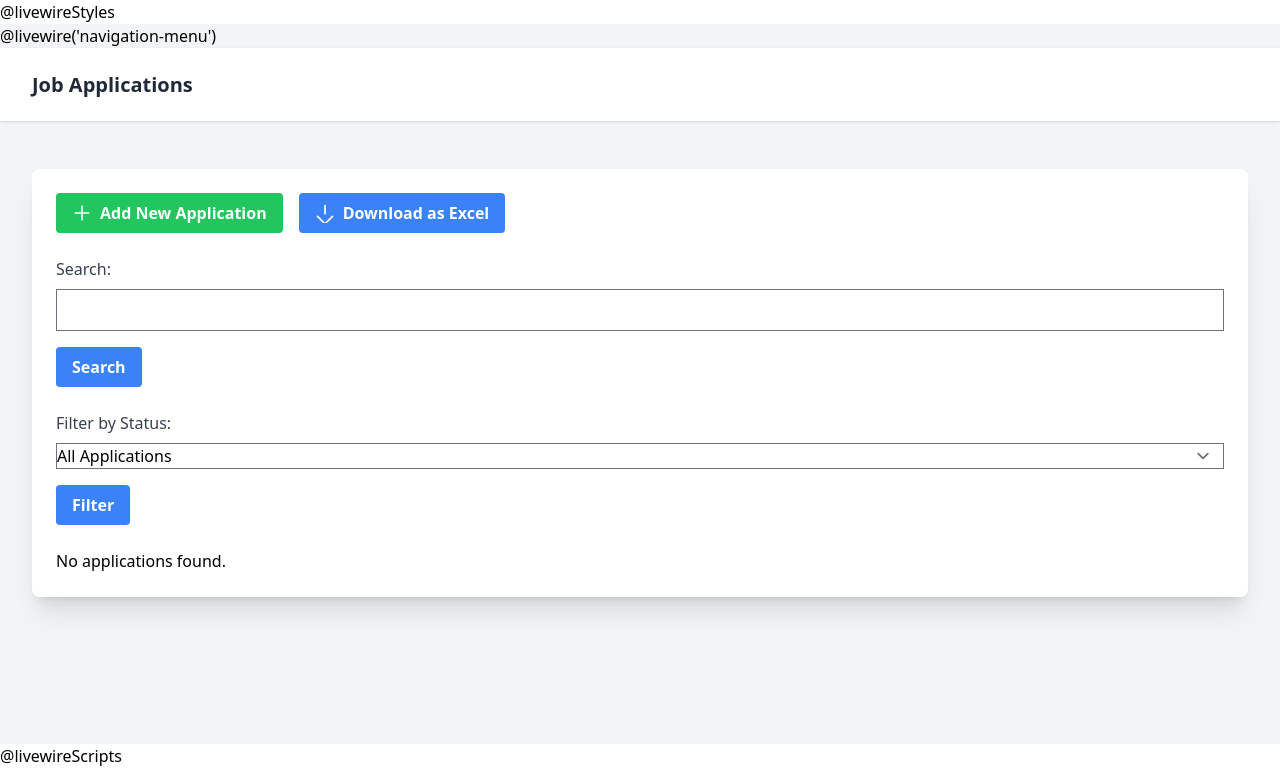
Repository: asanduk/vodafone
Page: resources/views/job-applications/index.blade.php
These files come from the project's save history. The page is drawn as it stood at one moment and after the next save; the edit follows.
The browser window is 1280 px wide. The pictures show the whole page.
Some web libraries are served in a nearby version. The page is served by the project's Laravel application, run on PHP 8.4 with Laravel 12. The template is opened directly, without the code that normally fills it, so the values that code supplies are empty.

Above is the page before, as saved 2024-11-18 22:22:31.

After the next save:
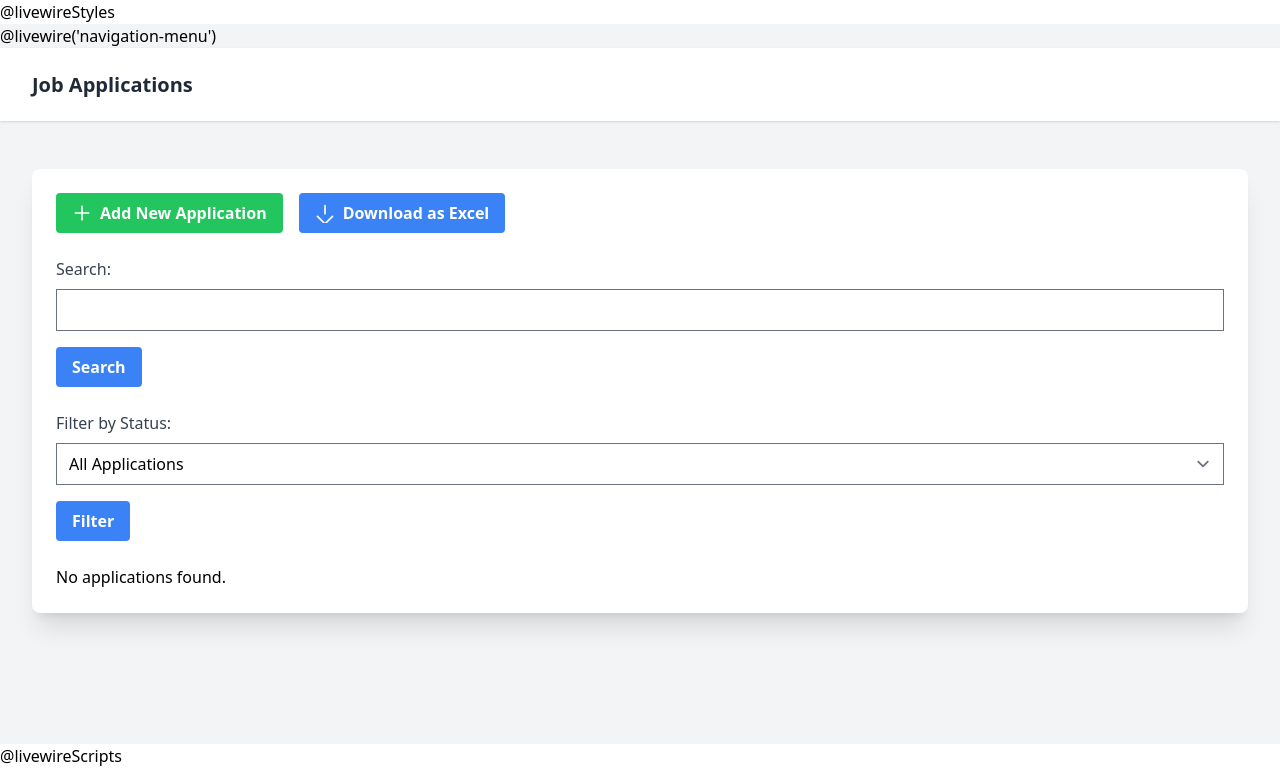
Saved 2 min 27 s later.
--- a/resources/views/job-applications/index.blade.php
+++ b/resources/views/job-applications/index.blade.php
@@ -5,7 +5,6 @@
         </h2>
 
         <link rel="stylesheet" href="https://cdnjs.cloudflare.com/ajax/libs/font-awesome/6.0.0-beta3/css/all.min.css">
-        <script src="https://cdn.tailwindcss.com"></script>
 
     </x-slot>
 
